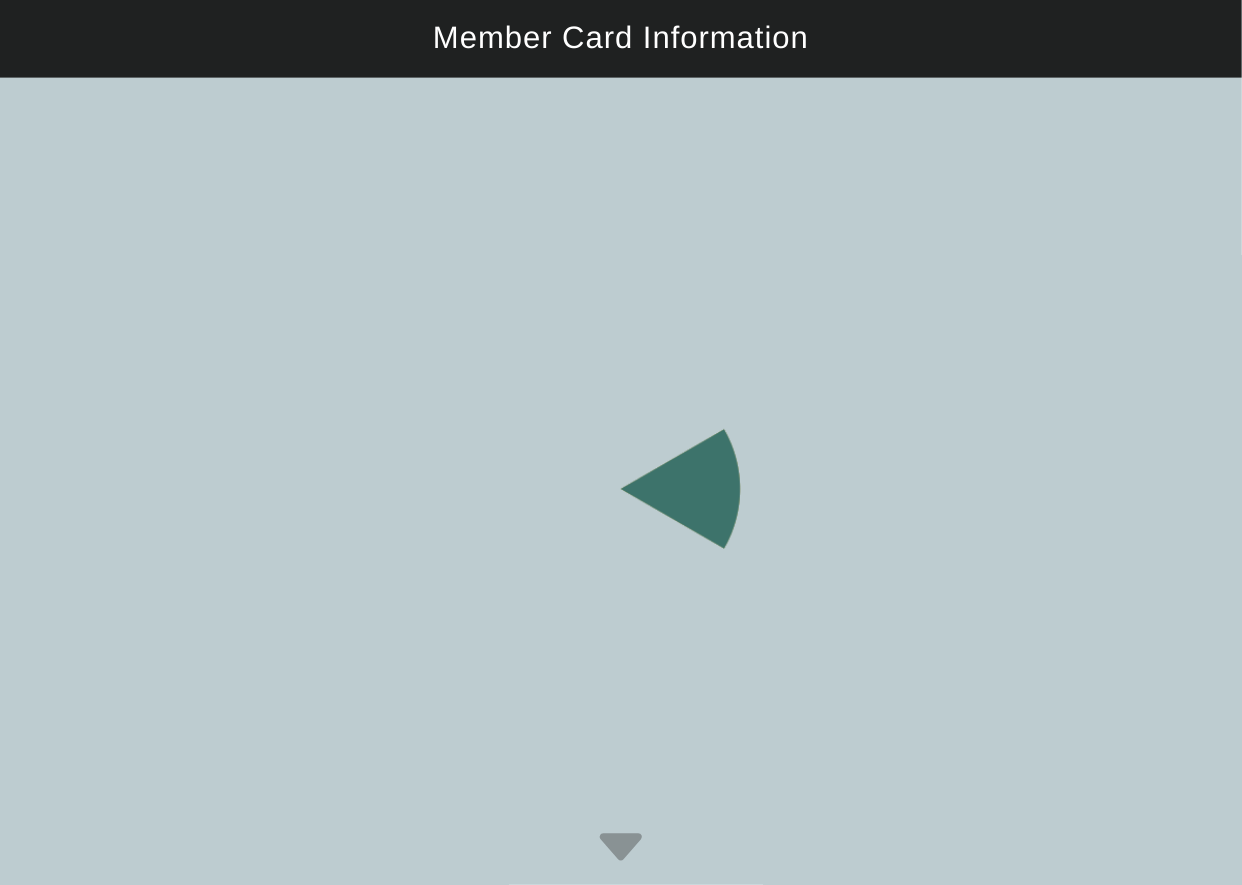
Repository: Leooook/lzhao-fed-test
Page: /
The author's editor kept a copy of each file at every save. The page is drawn from the files as they stood at one save, then again after the next save.
The browser window is 1280 px wide. The pictures show the whole page, at 97% of full size.
The page's requests for data from a server got no answer. The project was rebuilt for these pictures with package versions that can differ from the ones it lists, and the page was loaded fresh each time. No one was signed in, and anything a server would have sent is missing. Also part of the build but not shown: src/components/detail.jsx.

Above is the page before, as saved 2021-03-15 21:37:16.

### src/index.html
<!DOCTYPE html>
<html lang="en">
	<head>
		<meta charset="utf-8" />
		<meta http-equiv="X-UA-Compatible" content="IE=edge,chrome=1" />
		<title>Member Card Info</title>
		<meta name="description" content="" />
		<meta name="viewport" content="width=device-width, initial-scale=1.0, maximum-scale=1.0, user-scalable=no" />
	</head>
	<body>
		<div id="root" class="react-root"></div>
	</body>
</html>

### src/App.js
import React, {useState} from 'react';
import {BsCaretDownFill} from 'react-icons/bs'

import './App.css'
import Header from './components/header.jsx'
import Feature from './components/feature.jsx'

export default function App() {
  const [featureAmount, setFeatureAmount] = useState([1])

  const setFeature = () => {
    setFeatureAmount(featureAmount => {return [...featureAmount, 1]})
  }

	return (
    <div className='app'>
      <Header />
      {
        featureAmount.map((key) => <Feature key = {key}/>)
      }
      <BsCaretDownFill className='add-feature' onClick={() => setFeature()}/>
    </div>
  )
}

### src/App.css
* {
	margin: 0;
	padding: 0;
	box-sizing: border-box;
}
:root {
	--nav-black: rgba(14, 14, 14, 0.897);
	--white: #ffffff;
	--light-blue: rgb(189, 204, 208);
	--grey: rgb(145, 145, 145);
	--light-grey: rgb(209, 209, 209);
}
/* app */
.app {
	max-width: 100vw;
	min-height: 100vh;
	background-color: var(--light-blue);
}
.add-feature {
	position: relative;
	color: rgba(65, 65, 65, 0.418);
	width: 60px;
	height: 60px;
	margin: auto;
	display: block;
	cursor: pointer;
	animation: upAndDown 3s ease-in-out infinite;
}
.add-feature:active {
	transform: scale(1.1);
	transition: all 1s ease;
}
@keyframes upAndDown {
	0% {
		bottom: 0;
	}
	50% {
		bottom: 10px;
	}
	100% {
		bottom: 0;
	}
}
/* end of app */
/* header */
.header {
	background-color: var(--nav-black);
	height: 80px;
	padding: 20px;
	margin-bottom: 80px;
	font-size: 2rem;
	font-family: 'Franklin Gothic Medium', 'Arial Narrow', Arial, sans-serif;
	text-align: center;
	color: var(--white);
	letter-spacing: 1px;
}
@media screen and (max-width: 500px) {
	.header {
		margin-bottom: 30px;
		padding: 30px;
		font-size: 1.4rem;
	}
}
/* end of header */
/* loader */
.load {
	width: 100%;
}
.loadPic {
	width: 20%;
	margin: 30vh 40%;
}
/* end of loader */
/* feature */
.feature {
	margin-top: -65px;
	padding: 60px 8%;
	display: grid;
	grid-template-columns: repeat(auto-fill, minmax(450px, 1fr));
	grid-row-gap: 50px;
	grid-column-gap: 80px;
}
@media screen and (max-width: 500px) {
	.feature {
		padding: 30px 20px;
		display: initial;
	}
}
/* end of feature */
/* detail */
.detail {
	margin: auto;
	padding: 10px 20px;
	width: 450px;
	height: 240px;
	background: hsla(0, 0%, 100%, .3);
	border-radius: 6px;
	box-shadow: 0 6px 20px 6px rgba(0, 0, 0, 0.207);
	display: flex;
	align-items: center;
	cursor: pointer;
	transition: all linear 0.2s;
}
.detail:hover {
	transform: scale(1.05);
	box-shadow: 0 10px 30px 10px rgba(0, 0, 0, 0.207);
}
.left-section {
	width: calc(40% - 20px);
	margin-right: 10%;
}
.right-section {
	width: clac(50% - 20px);
}
.detail-pic {
	margin: 0 auto;
	height: 140px;
	width: 140px;
	border-radius: 50%;
	box-shadow: 0 0 10px 8px var(--light-grey);
}
.detail-info {
	margin-bottom: 10px;
}
.detail-name {
	font-family: 'Playfair Display', serif;
	font-weight: bold;
	font-size: 1.3rem;
}
.detail-name2 {
	font-weight: 100;
	font-size: 0.9rem;
	color: rgb(82, 82, 82);
	font-style: oblique;
}
.detail-sex-date {
	display: flex;
}
.detail-date {
	margin-right: 13px;
}
.detail-font {
	font-family: 'Source Sans Pro', sans-serif;
	font-size: 0.8rem;
}
@media screen and (max-width: 500px) {
	.detail {
		margin-bottom: 30px;
		width: 90vw;
		height: 50vw;
	}
	.detail-pic {
		height: 100px;
		width: 100px;
	}
	.detail-info {
		margin-bottom: 6px;
	}
	.detail-name {
		font-size: 1rem;
	}
	.detail-name2 {
		font-size: 0.8rem;
	}
	.detail-date {
		margin-right: 8px;
	}
	.detail-font {
		font-size: 0.75rem;
	}
}
/* end of detail */

### src/components/header.jsx
import React, { Component } from 'react'

class Header extends Component {
	render() {
		return <section className="header">Member Card Information</section>
	}
}

export default Header

### src/components/feature.jsx
import React, { Component } from 'react'

import Loader from './loader.jsx'
import Detail from './detail.jsx'

class Feature extends Component {
	state = {
		dataSet: [],
		dataAmount: 6
	}

	fetchData = () => {
		fetch('https://randomuser.me/api/', {
			method: 'GET'
		})
			.then((response) => response.json())
			.then((data) => {
				let dataSet = this.state.dataSet
				dataSet.push(data.results[0])
				this.setState({ dataSet })
			})
			.catch((error) => {
				console.error('Error:', error)
			})
	}

	componentDidMount() {
		for (let i = 0; i < this.state.dataAmount; i++) {
			this.fetchData()
		}
	}

	render() {
		if (this.state.dataSet.length === 0 || this.state.dataSet.length % 6 !== 0) {
			return <Loader />
		} else {
			return (
				<section className="feature">
					{this.state.dataSet.map((each, key) => <Detail key={key} data={each} />)}
				</section>
			)
		}
	}
}

export default Feature

### src/components/loader.jsx
import React from 'react'

import loadPic from '../images/load.gif'

function Loader() {
	return (
		<section className="load">
			<img src={loadPic} className="loadPic" alt="load" />
		</section>
	)
}

export default Loader

Loaded but not shown: src/index.js (common file)

After the next save:
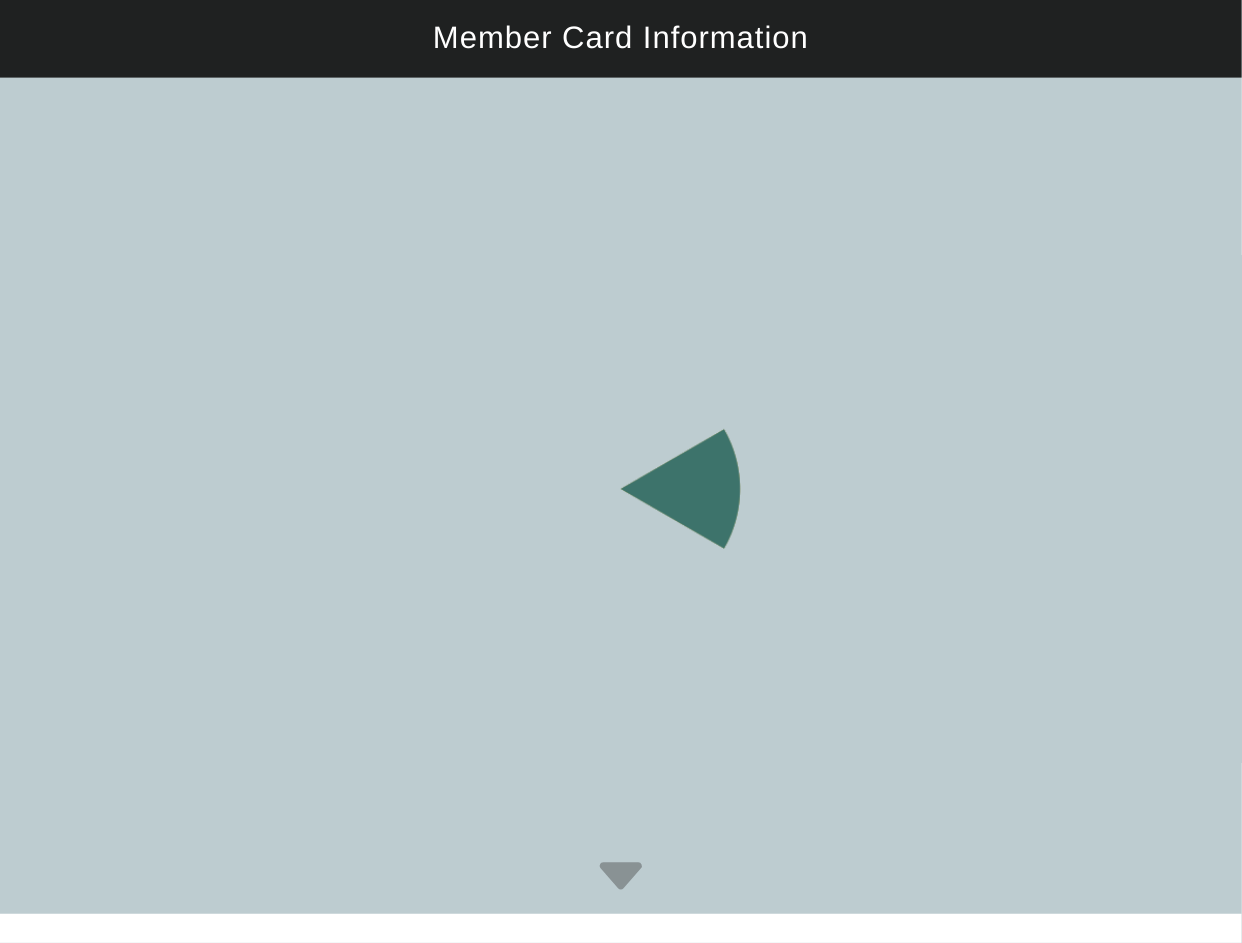
Saved 30 s later.
--- a/src/App.css
+++ b/src/App.css
@@ -21,7 +21,7 @@
 	color: rgba(65, 65, 65, 0.418);
 	width: 60px;
 	height: 60px;
-	margin: auto;
+	margin: 30px auto;
 	display: block;
 	cursor: pointer;
 	animation: upAndDown 3s ease-in-out infinite;
